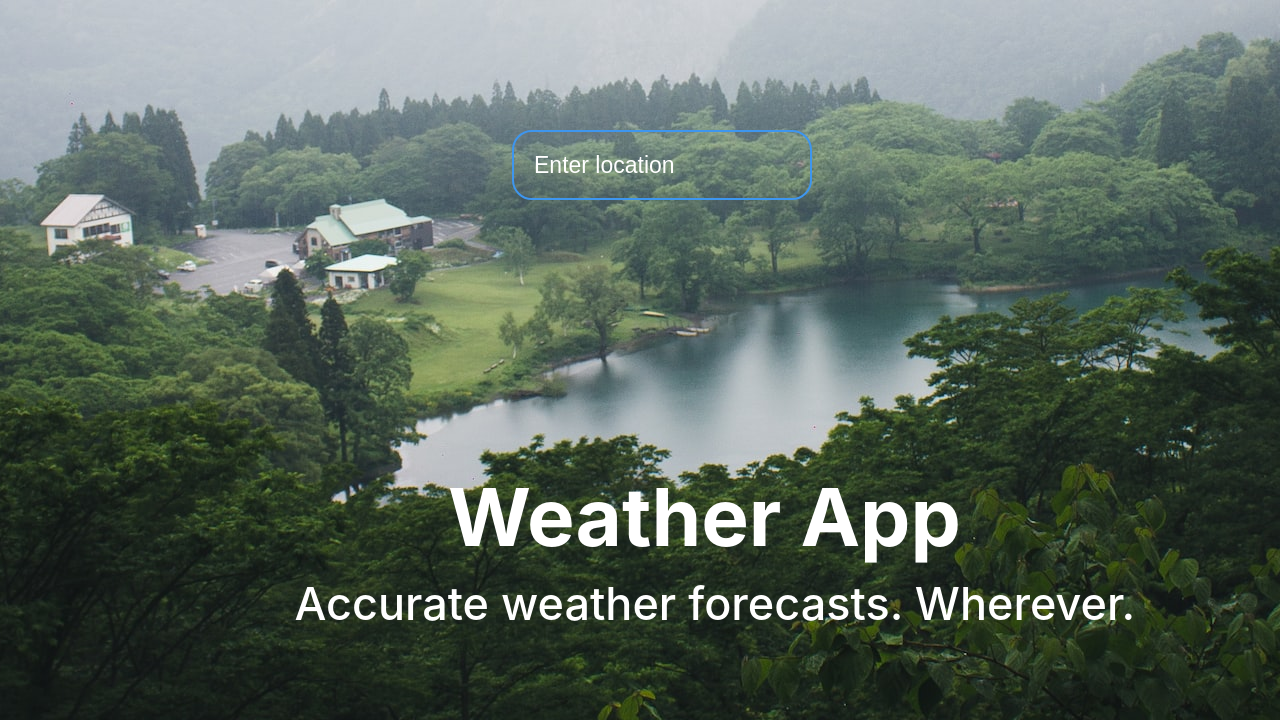
Repository: RenataDzotova/WeatherForecast
Page: /
These files come from the project's save history. The page is drawn as it stood at one moment and after the next save; the edit follows.
The browser window is 1280 px wide. The pictures show the whole page.
The project was rebuilt for these pictures with package versions that can differ from the ones it lists, and the page was loaded fresh each time. The framework's server and built-in components were replaced by stand-ins that run in the browser. Also part of the build but not shown: next.config.js, styles/Home.module.css.

Above is the page before, as saved 2023-01-19 16:48:57.

After the next save:
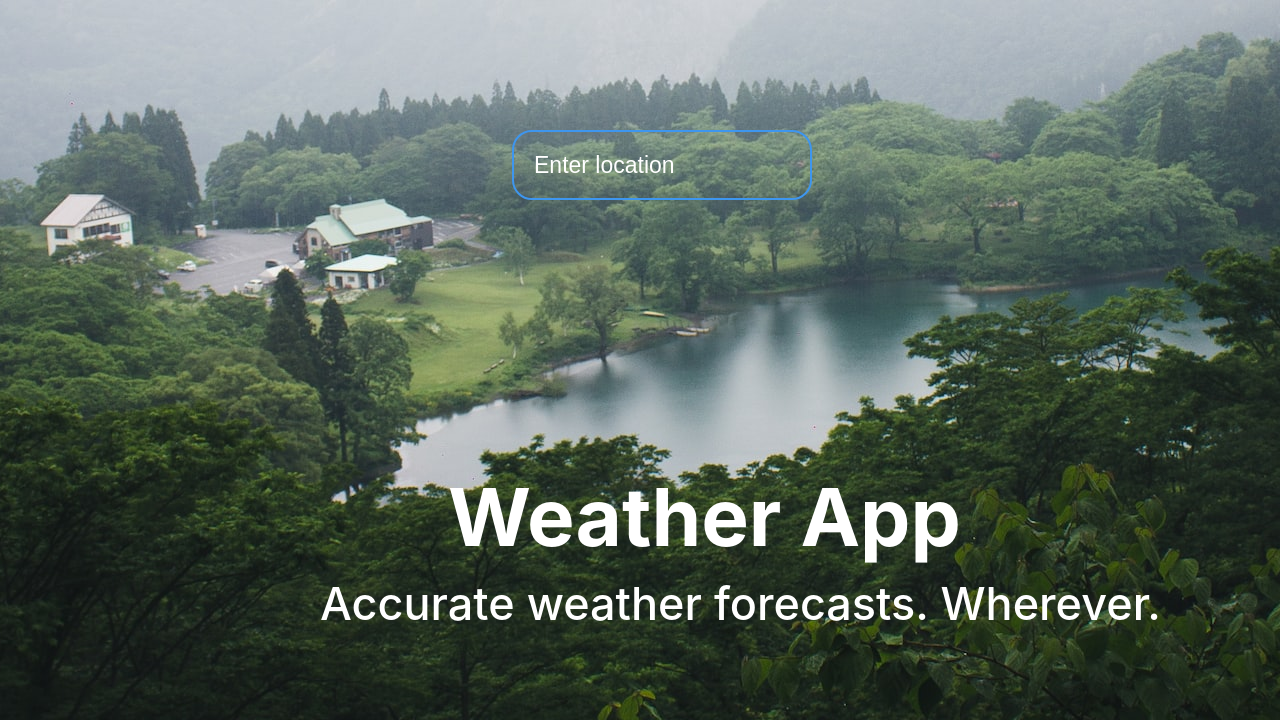
Saved 7 s later.
--- a/styles/globals.css
+++ b/styles/globals.css
@@ -29,7 +29,7 @@ body {
   color: white;
   background-color: transparent;
   position: absolute;
-  left: 23%;
+  left: 25%;
   top: 80%;
 }
 
